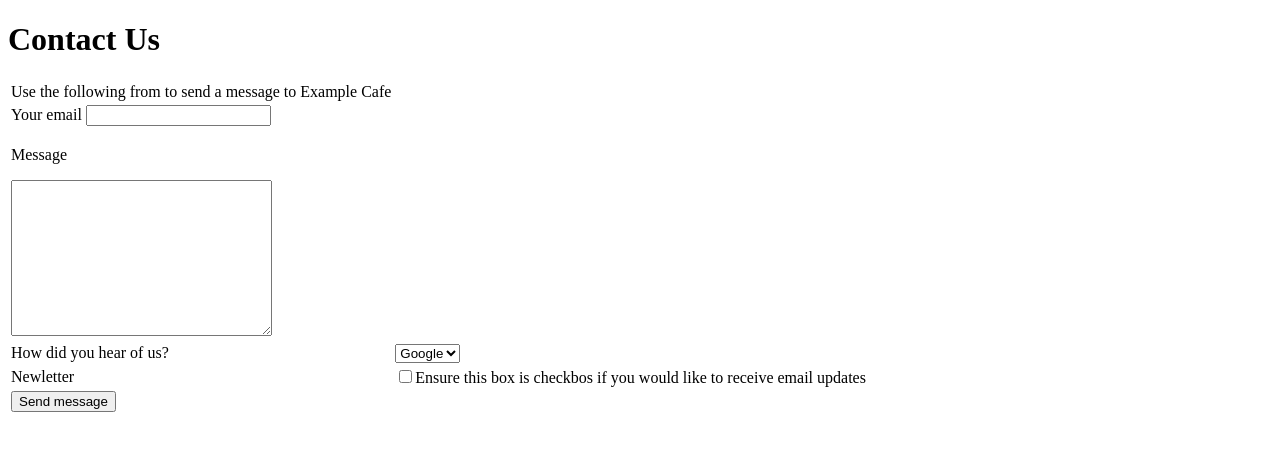
Repository: PhamChiXuan1/HTCNW_tuan3_DHCNTT16C_PhamChiXuan_20030131
Page: bt14.html
The author's editor kept a copy of each file at every save. The page is drawn from the files as they stood at one save, then again after the next save.
The browser window is 1280 px wide. The pictures show the whole page.

Above is the page before, as saved 2022-02-28 12:44:12.

### bt14.html
<!DOCTYPE html>
<html lang="en">
<head>
    <meta charset="UTF-8">
    <meta http-equiv="X-UA-Compatible" content="IE=edge">
    <meta name="viewport" content="width=device-width, initial-scale=1.0">
    <title>Document</title>
</head>
<body>
    <table>
        <H1>Contact Us</H1>
        <tr>
            <td>Use the following from to send a message to Example Cafe</td>
        </tr>
        <tr>
            <td>
                Your email
                <input type="text">
            </td>
        </tr>
        <tr>
            <td>
                <P>Message</P>
                <textarea name="" id="" cols="30" rows="10"></textarea>
            </td>

        </tr>
        <tr>
            <td>How did you hear of us?</td>
            <td>
                <select>
                    <option>Google</option>
                </select>
            </td>
        </tr>
        <tr>
            <td>Newletter</td>
            <td>
                <input type="checkbox" value="checkbox">Ensure this box is checkbos if you would like to receive email updates
            </td>
        </tr>
        <tr>
            <td>
                <input type="submit" value="Send message">
            </td>
        </tr>
    </table>
</body>
</html>

After the next save:
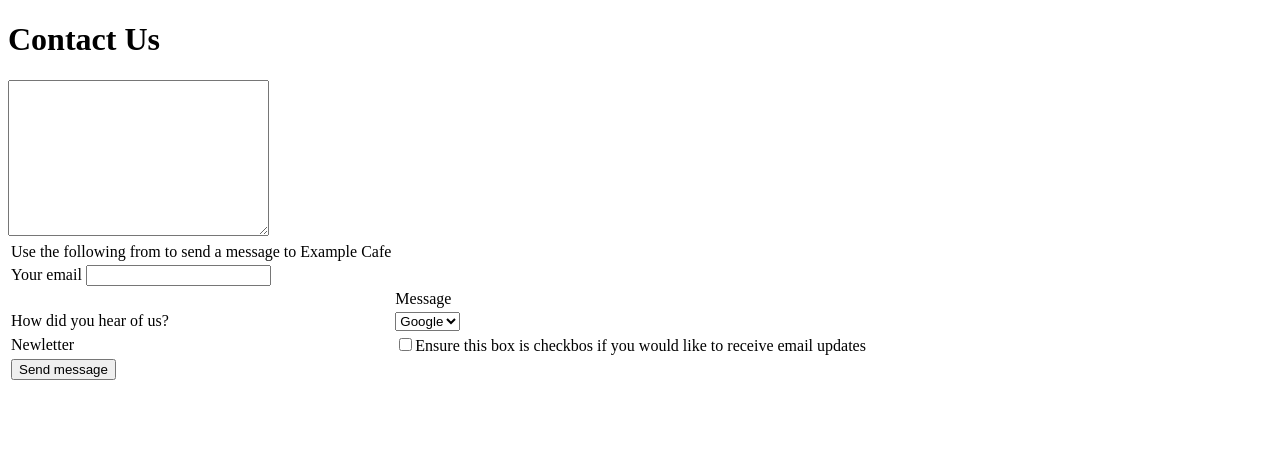
Saved 26 s later.
--- a/bt14.html
+++ b/bt14.html
@@ -20,7 +20,7 @@
         </tr>
         <tr>
             <td>
-                <P>Message</P>
+                <td>Message</td>
                 <textarea name="" id="" cols="30" rows="10"></textarea>
             </td>
 

After the save that followed:
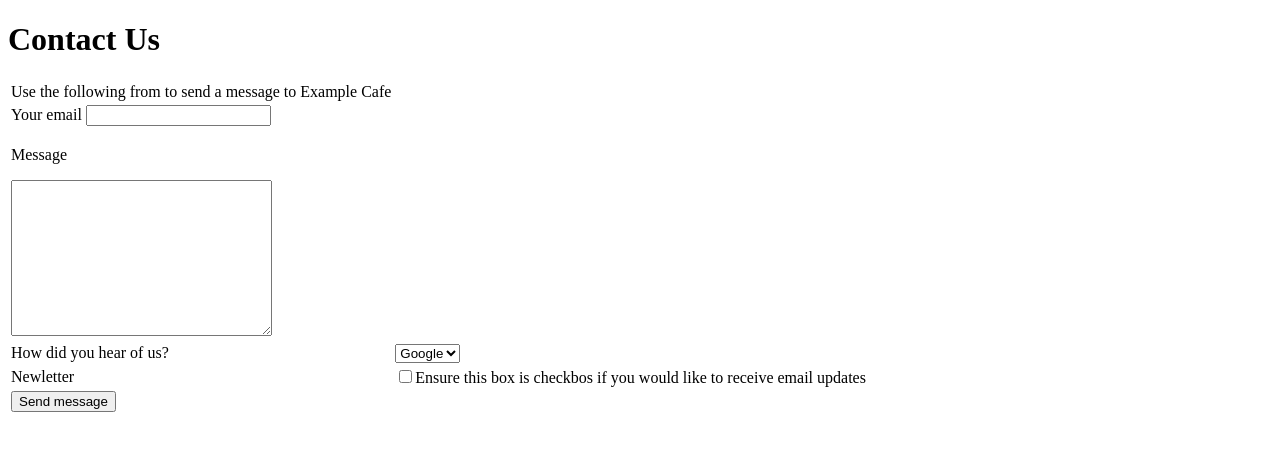
Saved 9 s later.
--- a/bt14.html
+++ b/bt14.html
@@ -20,7 +20,7 @@
         </tr>
         <tr>
             <td>
-                <td>Message</td>
+                <P>Message</P>
                 <textarea name="" id="" cols="30" rows="10"></textarea>
             </td>
 
